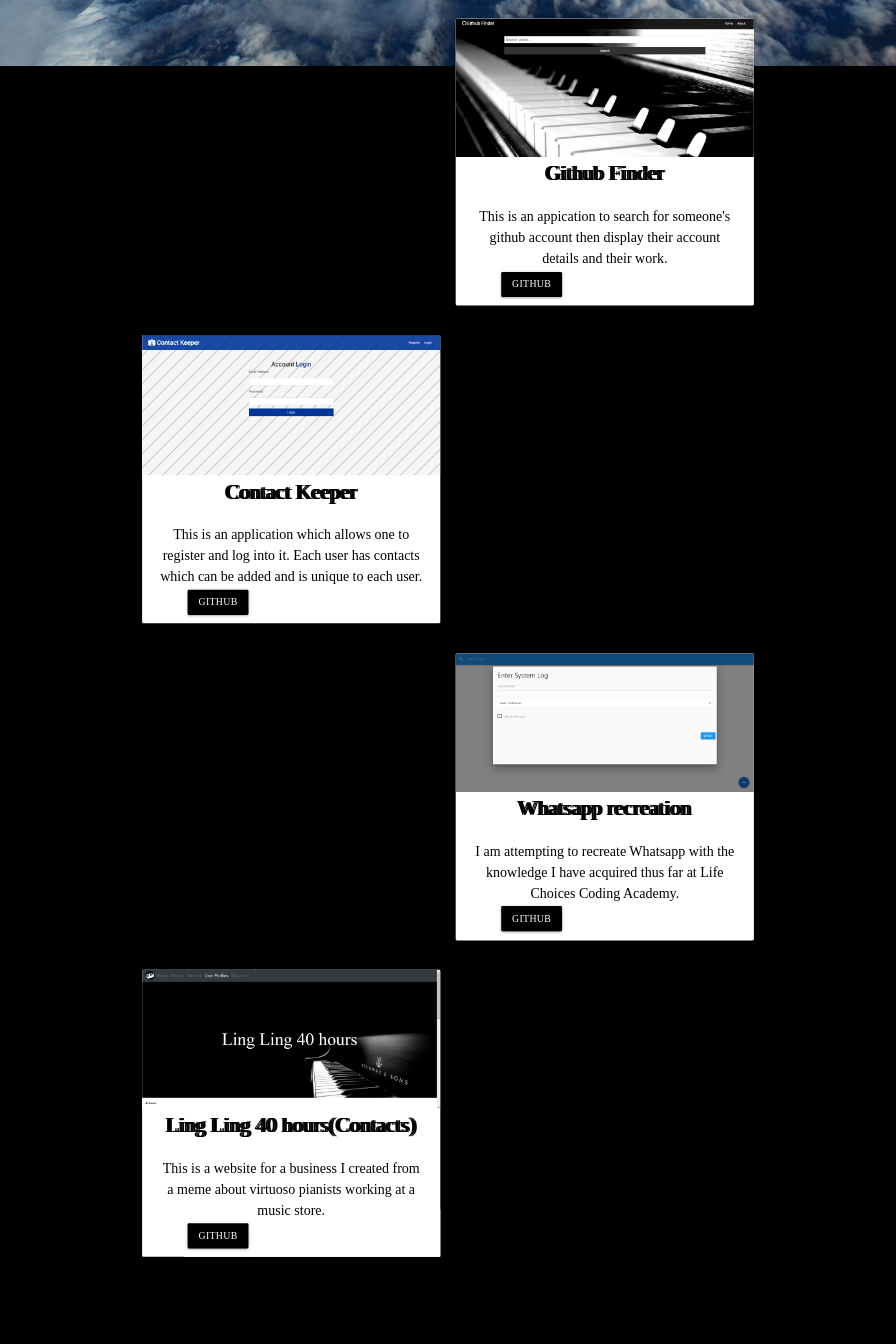
Repository: Ajtheult/portfolio.v3
Page: /mywork
These files come from the project's save history. The page is drawn as it stood at one moment and after the next save; the edit follows.
The browser window is 1280 px wide. The pictures show the part of the page from y = 759 to 2679 px (the page is 2679 px tall before and 2664 px after), at 70% of full size.
Some web fonts or font styles are not loaded; a fallback is used. The project was rebuilt for these pictures with package versions that can differ from the ones it lists, and the page was loaded fresh each time. Also part of the build but not shown: src/components/layout/pages/Home.js, src/components/layout/pages/Skills.js, src/components/layout/pages/Testimonials.js.

Above is the page before, as saved 2020-07-31 01:46:40.

After the next save:
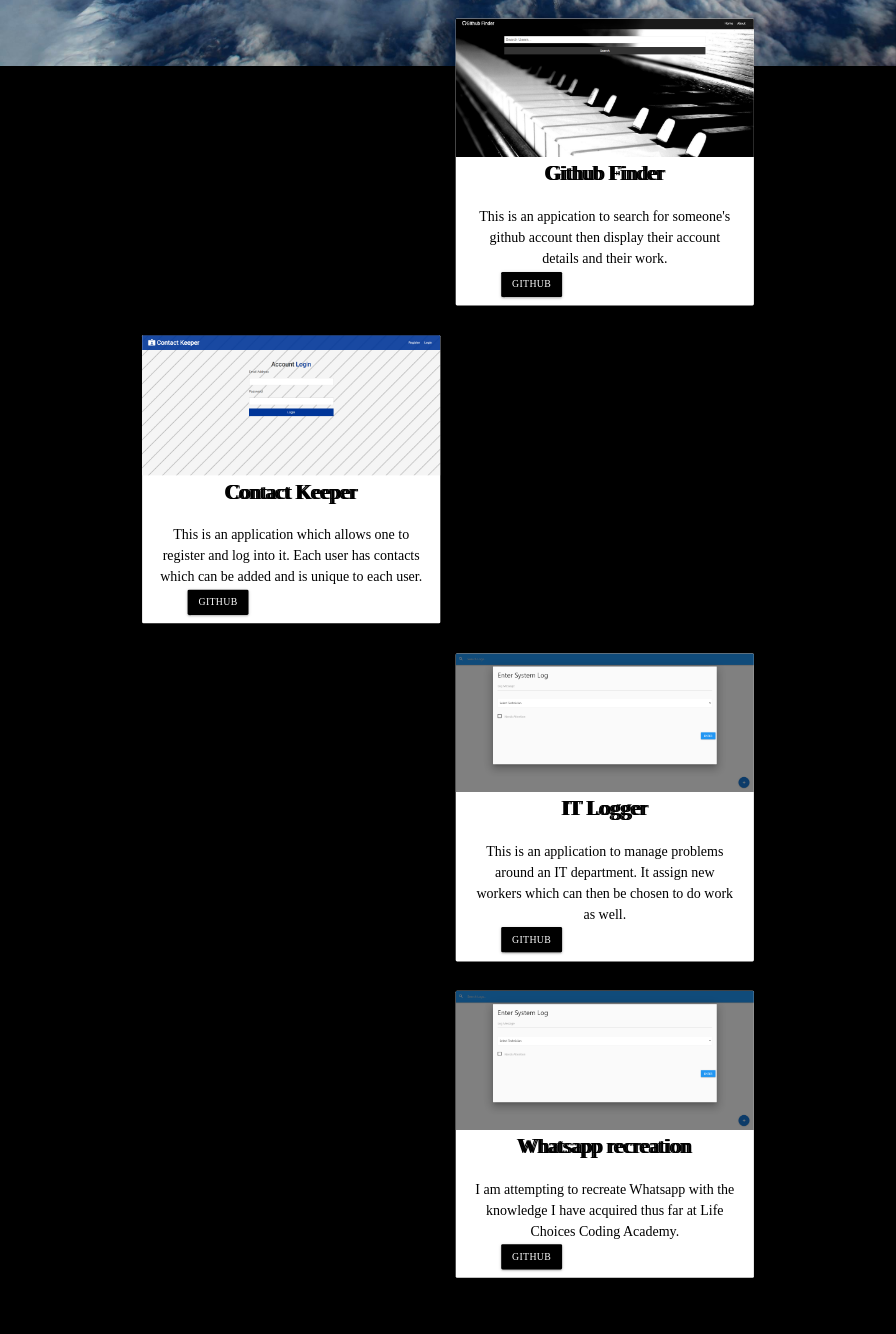
Saved 2 min 5 s later.
--- a/src/components/layout/pages/MyWork.js
+++ b/src/components/layout/pages/MyWork.js
@@ -131,6 +131,33 @@
           <div className="card">
             <div className="card-image">
               <img src={Tech} alt="img" />
+              <span className=" my_work_title">IT Logger</span>
+            </div>
+            <div className="card-content">
+              <p className="black_text my_work_desc">
+                This is an application to manage problems around an IT
+                department. It assign new workers which can then be chosen to do
+                work as well.
+              </p>
+            </div>
+            <div className="link-size">
+              <a
+                href="https://github.com/Ajtheult/IT-Logger.git"
+                className="waves-effect waves-light btn black"
+                rel="noopener noreferrer"
+                target="_blank"
+              >
+                Github
+              </a>
+            </div>
+          </div>
+        </div>
+      </div>
+      <div className="row">
+        <div className="col s6 right">
+          <div className="card">
+            <div className="card-image">
+              <img src={Tech} alt="img" />
               <span className=" my_work_title">Whatsapp recreation</span>
             </div>
             <div className="card-content">
@@ -152,34 +179,6 @@
           </div>
         </div>
       </div>
-      <div className="row">
-        <div className="col s6">
-          <div className="card">
-            <div className="card-image">
-              <img src={LL} alt="img" />
-              <span className=" my_work_title">
-                Ling Ling 40 hours(Contacts)
-              </span>
-            </div>
-            <div className="card-content ">
-              <p className="black_text my_work_desc">
-                This is a website for a business I created from a meme about
-                virtuoso pianists working at a music store.
-              </p>
-            </div>
-            <div className="white link-size">
-              <a
-                href="https://github.com/Ajtheult/Ling-Ling-40-hours.git"
-                className="waves-effect waves-light btn black"
-                rel="noopener noreferrer"
-                target="_blank"
-              >
-                Github
-              </a>
-            </div>
-          </div>
-        </div>
-      </div>
     </div>
   );
 };
